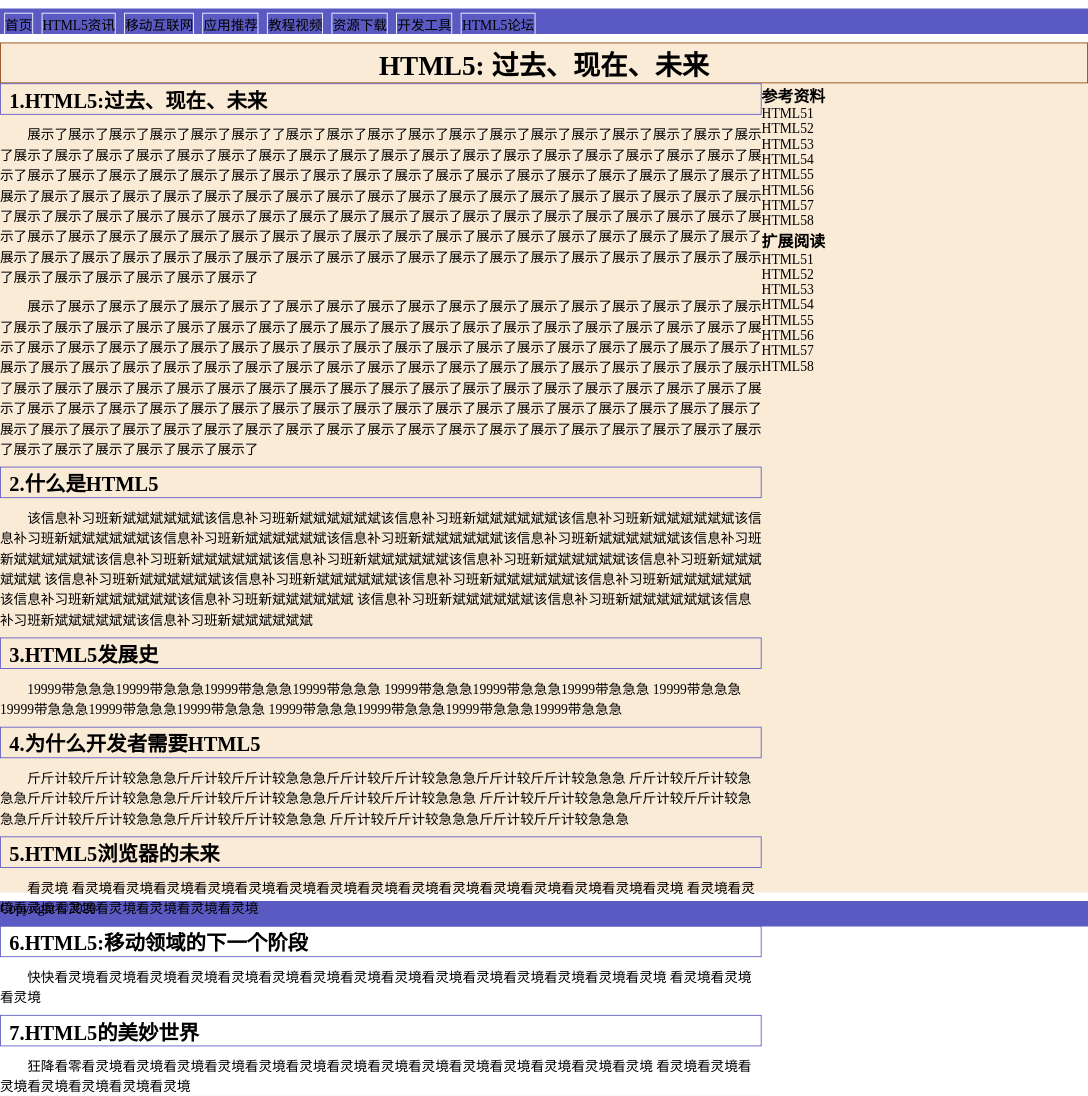
Repository: LstHeart/html-learning
Page: css/案例作业2.html
These files come from the project's save history. The page is drawn as it stood at one moment and after the next save; the edit follows.
The browser window is 1280 px wide. The pictures show the whole page, at 85% of full size.

Above is the page before, as saved 2021-01-05 22:10:21.

After the next save:
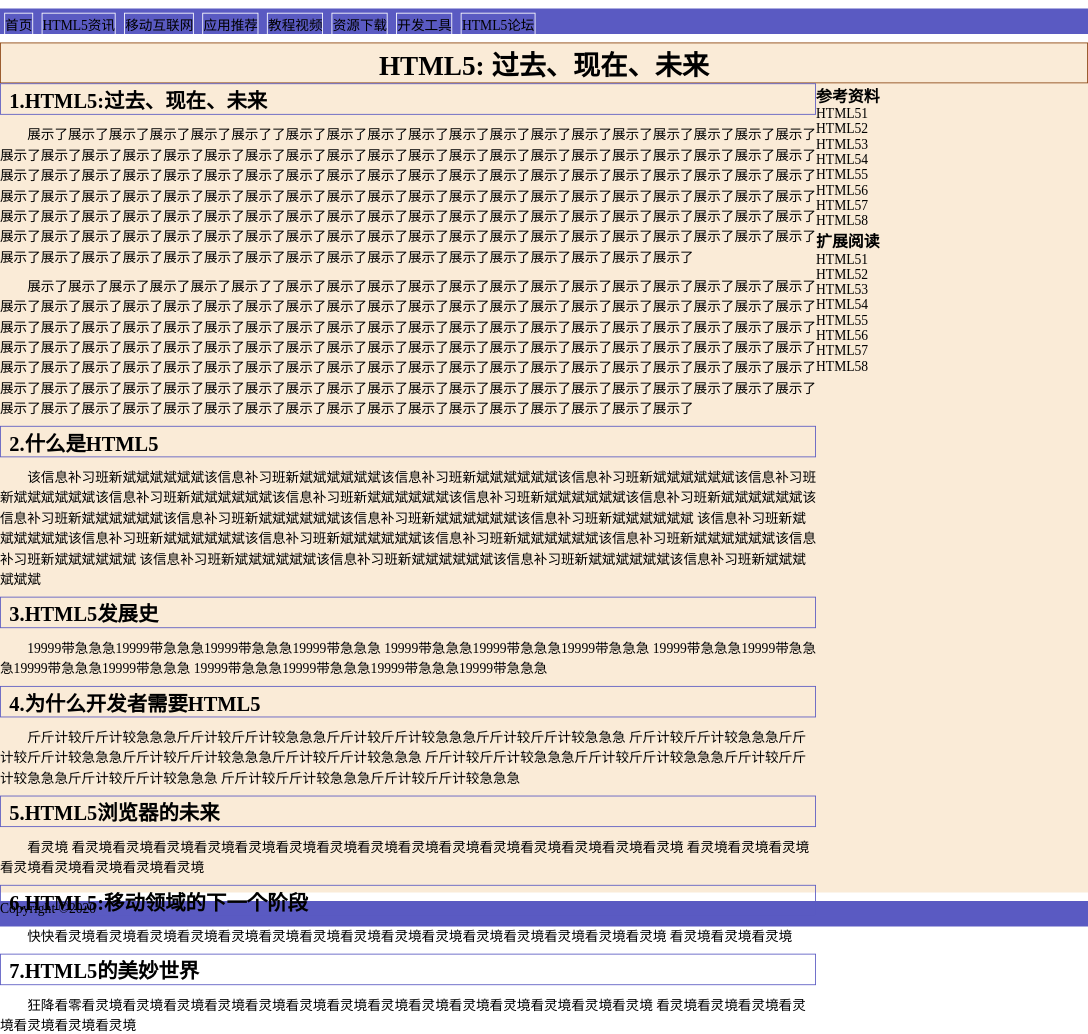
Saved 29 s later.
--- a/css/html5.css
+++ b/css/html5.css
@@ -41,10 +41,10 @@ a{
     width: 400px;
 }
 .content .leftside{
-    width: 70%;
+    width: 75%;
 }
 .content .rightside{
-    width: 30%;
+    width: 25%;
 }
 .content h2{
     border:#5a5ac2 1px solid;
